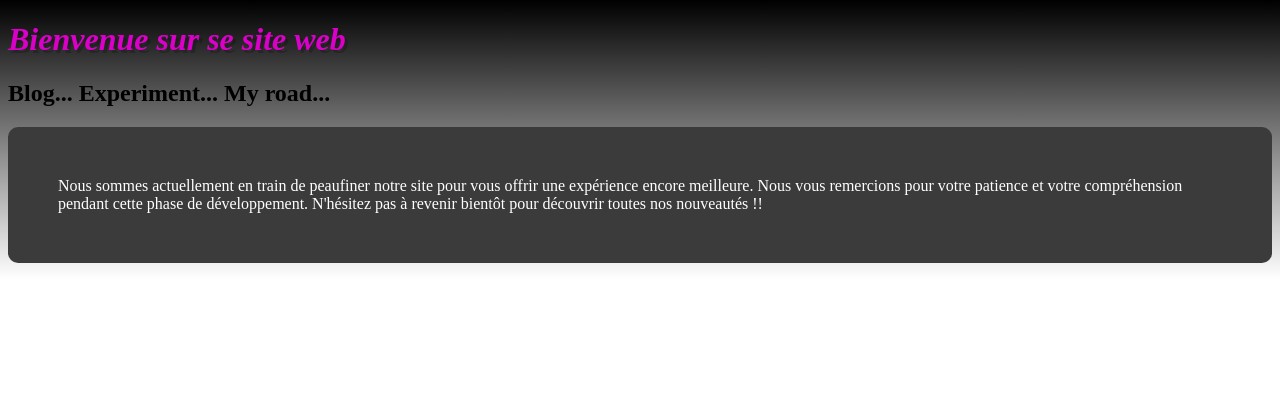
Repository: ValetteEvan/PersonalWebApp
Page: index.html
The author's editor kept a copy of each file at every save. The page is drawn from the files as they stood at one save, then again after the next save.
The browser window is 1280 px wide. The pictures show the whole page.

Above is the page before, as saved 2025-01-07 18:12:04.

### index.html
<!DOCTYPE html>
<html>

    <head>
        <meta charset="utf-8" />
        <title>Valette Evan</title>
        <link href="style.css" rel="stylesheet">
        <link href="image/" rel="image">
        <link rel="font_original" href="https://fonts.googleapis.com">
    </head>

    <body>
        <div class="webGlobal">
            <h1>Bienvenue sur se site web</h1>
            <h2>Blog... Experiment... My road...</h2>
                <p class="firstParagraph">Nous sommes actuellement en train de peaufiner notre site pour
                 vous offrir une expérience encore meilleure. Nous vous remercions
                 pour votre patience et votre compréhension pendant cette phase de
                 développement. N'hésitez pas à revenir bientôt pour découvrir toutes nos nouveautés !!
                </p>
        </div>
    </body>
</html>

### style.css

body{

    background-color: rgb(255, 255, 255);
    background: linear-gradient(180deg,rgb(0, 0, 0),#ffffff);
    background-repeat: no-repeat;
    /*background-image: url('image/auto.jpg');*/
    /* background-repeat: no-repeat;*/
}
.webGlobal :hover{
    /*background-color: rgb(36, 36, 36);*/
    font-family:'font_original',sans-serif;
    font-size: 1.5em;
    color: rgb(0, 0, 0);
}

h1 {
   font-style:italic;
   text-shadow: 3px 3px 0px rgba(0,0,0,0.2);
    color: rgb(219, 0, 201);
    /*text-decoration: underline;*/
}

.firstParagraph{
    background-color: rgb(53, 77, 57);
    color: #ffffff;
    padding: 50px;
    border-radius: 10px;
}

.firstParagraph {

    background-color: rgb(59, 59, 59);
    color: #ffffff;
    padding: 50px;
    border-radius: 10px;
}

After the next save:
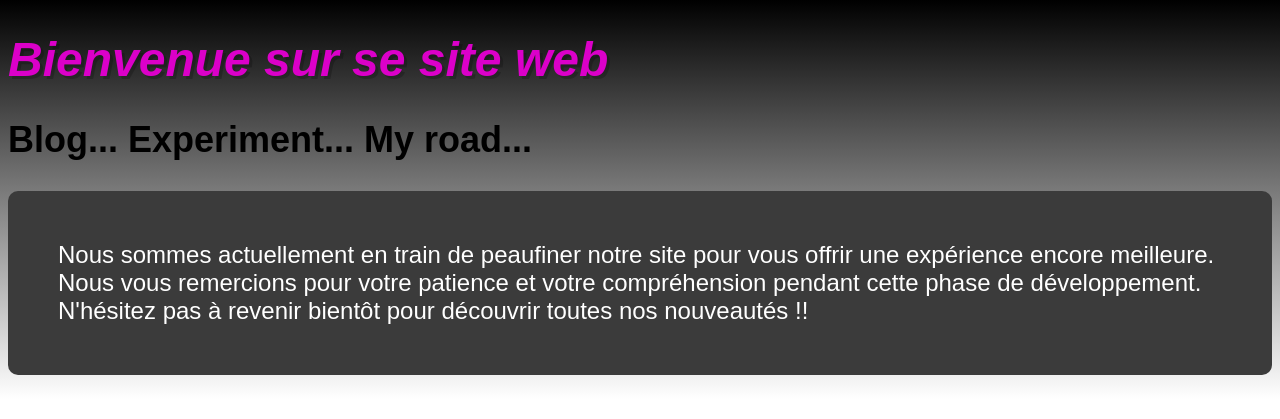
Saved 17 s later.
--- a/style.css
+++ b/style.css
@@ -7,7 +7,7 @@ body{
     /*background-image: url('image/auto.jpg');*/
     /* background-repeat: no-repeat;*/
 }
-.webGlobal :hover{
+.webGlobal{
     /*background-color: rgb(36, 36, 36);*/
     font-family:'font_original',sans-serif;
     font-size: 1.5em;
@@ -21,7 +21,7 @@ h1 {
     /*text-decoration: underline;*/
 }
 
-.firstParagraph{
+.firstParagraph:hover{
     background-color: rgb(53, 77, 57);
     color: #ffffff;
     padding: 50px;
